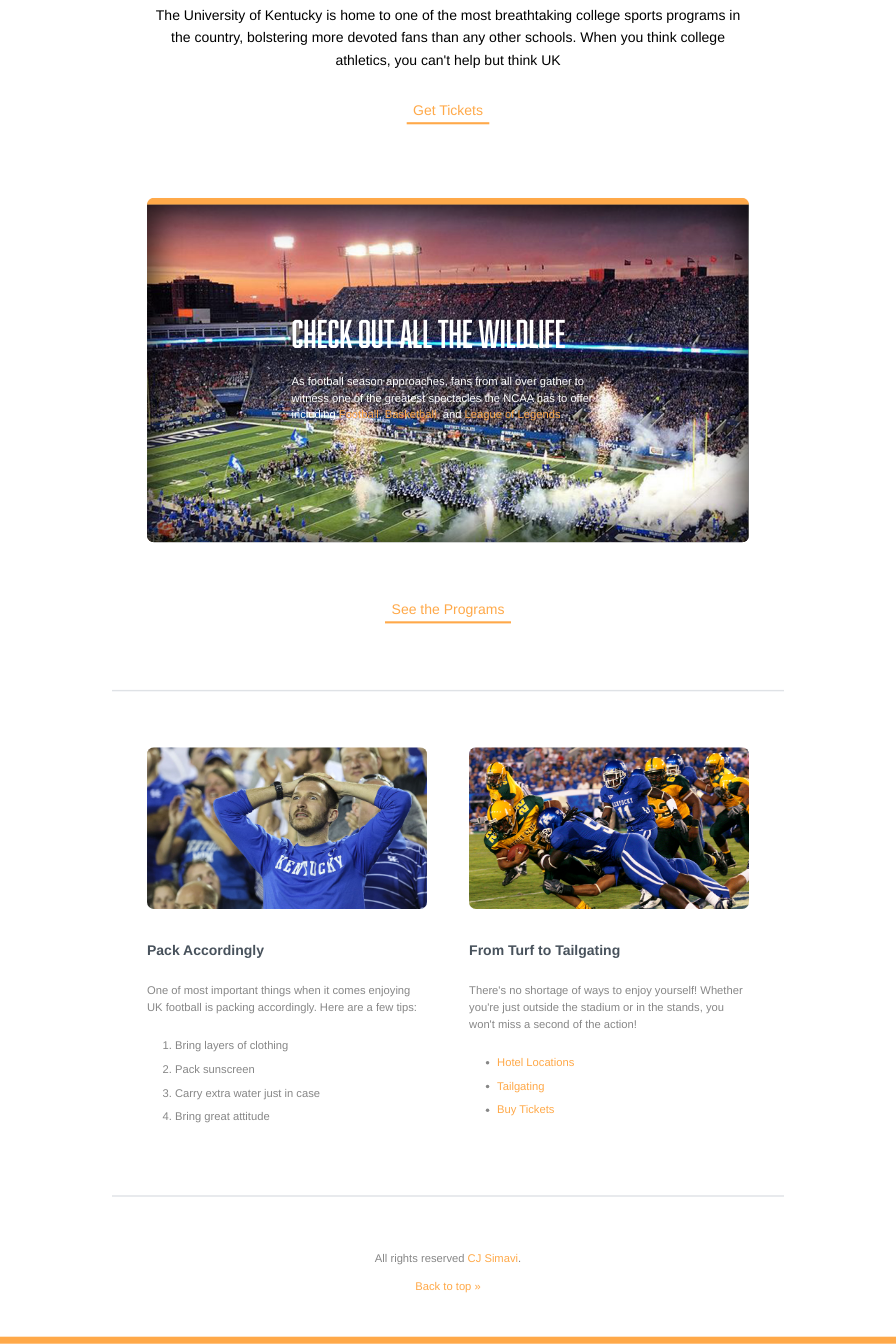
Repository: CalamityJayen/sportsball
Page: index.html
The author's editor kept a record of every edit. The page is drawn from the files as they stood at one moment, then again after the next edit.
The browser window is 1280 px wide. The pictures show the part of the page from y = 891 to 2811 px (the page is 2811 px tall), at 70% of full size.

Above is the page before.

### index.html
<!DOCTYPE html>
<html>
  <head>
    <title>Lake Tahoe</title>
    <link rel="stylesheet" href="css/style.css">
    <meta name="viewport" content="width=device-width">
  </head>
  <body>
    <header id="top" class="main-header">
      <span class="title">UK Art Musem Presents</span>
      <h1>Videos For A Stadium</h1>
      <img class="arrow" src="img/arrow.svg" alt="Down arrow">
    </header>

		<div class="primary-content t-border">
			<p class="intro">
				The University of Kentucky is home to one of the most breathtaking college sports programs in the country, bolstering more devoted fans than any other schools. When you think college athletics, you can't help but think UK
			</p>
			<a class="callout" href="#more">Get Tickets</a>

      <div class="wildlife">
        <h2>Check out all the Wildlife</h2>
        <p>
          As football season approaches, fans from all over gather to witness one of the greatest spectacles the NCAA has to offer including <a href="#beets">Football</a>, <a href="#bears">Basketball</a>, and <a href="#battlestarGalactica">League of Legends</a>.
        </p>
      </div><!-- End .wildlife -->

			<a class="callout" href="#wildlife">See the Programs</a>
		</div><!-- End .primary-content -->

		<div class="secondary-content t-border group">
      <div class="resorts">
        <img src="img/resort.jpg" alt="Resort">
        <h3>From Turf to Tailgating</h3>
        <p>
          There's no shortage of ways to enjoy yourself! Whether you're just outside the stadium or in the stands, you won't miss a second of the action!
        </p>
        <ul>
          <li><a href="#hotels">Hotel Locations</a></li>
          <li><a href="#tailgating">Tailgating</a></li>
          <li><a href="#tickets">Buy Tickets</a></li>
        </ul>
      </div>

      <div class="tips">
        <img src="img/mtn-landscape.jpg" alt="Mountain Landscape">
        <h3>Pack Accordingly</h3>
        <p>
          One of most important things when it comes enjoying UK football is packing accordingly. Here are a few tips:
        </p>
        <ol>
          <li>Bring layers of clothing</li>
          <li>Pack sunscreen</li>
          <li>Carry extra water just in case</li>
          <li>Bring great attitude</li>
        </ol>
      </div>
		</div><!-- End .secondary-content -->

		<footer class="main-footer">
			<p>All rights reserved <a href="#">CJ Simavi</a>.</p>
			<a href="#top">Back to top &raquo;</a>
		</footer>
  </body>
</html>

### css/style.css
/* Web Fonts -------------------- */

@font-face {
  font-family: 'Abolition Regular';
  src: url('../fonts/abolition-regular-webfont.eot');
  src: url('../fonts/abolition-regular-webfont.eot?#iefix') format('embedded-opentype'),
       url('../fonts/abolition-regular-webfont.woff') format('woff'),
       url('../fonts/abolition-regular-webfont.ttf') format('truetype');
}

/* Base Styles -------------------- */

* {
  box-sizing: border-box;
}

body {
  color: #878787;
  margin: 0;
  font: 1em/1.5 "Helvetica Neue", Helvetica, Arial, sans-serif;
}

h1,
h2 {
  font-family: 'Abolition Regular', Helvetica, Arial, sans-serif;
}

h1 {
  font-size: 5.625rem; /* 90px/16px  */
  text-transform: uppercase;
  font-weight: normal;
  line-height: 1.3;
  text-shadow: 0 1px 1px rgba(0,0,0,.8);
  margin: 12px 0 0;
}

h2 {
  font-size: 3.3125em; /* 53px/16px  */
  font-weight: normal;
  line-height: 1.1;
  margin: 0 0 .5em; /* 0 0 26px */
}

h3 {
  font-size: 1.25em; /* 20px/16px  */
  color: #48525c;
  line-height: 1.2;
  margin-bottom: 1.7em; /* 34px */
}

img {
  max-width: 100%;
  margin-bottom: 20px;
  border-radius: 10px;
}

ul,
ol {
  margin: 30px 0;
}

li {
  margin-bottom: 10px;
}

/* Pseudo-classes ------------------ */

a:link {
  color: rgb(255, 169, 73);
  text-decoration: none;
}

a:visited {
  color: lightblue;
}

a:hover {
  color: rgba(255, 169, 73, .4);
}

a:active {
  color: lightcoral;
}

/* Main Styles --------------------- */

.main-header {
  padding-top: 170px;
  height: 850px;
  background: linear-gradient(#1897d4, transparent 90%),
              linear-gradient(0deg, #fff, transparent),
              ##1897d4 url('../img/mountains.jpg') no-repeat center;
  background-size: cover;
  color: white;
}

.title {
  font-size: 1.625rem; /* 26px/16px */
  letter-spacing: .065em;
  font-weight: 200;
  border-bottom: 2px solid;
  padding-bottom: 10px;
}

.intro {
  font-size: 1.25em; /* 20px/16px */
  line-height: 1.6;
  color: initial;
}

.primary-content,
.main-header,
.main-footer {
  text-align: center;
}

.primary-content {
	padding-top: 25px;
  padding-bottom: 95px;
}

.secondary-content {
	padding-top: 80px;
	padding-bottom: 70px;
  border-bottom: 2px solid #dfe2e6;
}

.callout {
  font-size: 1.25em;
  border-bottom: 3px solid;
  padding: 0 9px 3px;
  margin-top: 20px;
  display: inline-block;
}

.main-footer {
  padding-top: 60px;
  padding-bottom: 60px;
  border-bottom: 10px solid #ffa949;
}

.t-border {
  border-top: 2px solid #dfe2e6;
}

/* Layout Styles ------------------ */

.primary-content,
.secondary-content {
  width: 75%;
  padding-left: 50px;
  padding-right: 50px;
  margin: auto;
  max-width: 960px;
}

.wildlife {
  color: white;
  text-align: left;
  padding: 18% 24%;
  border-top: 10px solid #ffa949;
  margin: 105px 0 60px;
  background: #434a52 url('../img/bear.jpg') no-repeat center;
  background-size: cover;
  box-shadow: inset 0 0 50px 10px rgba(0,0,0, .8);
  border-radius: 10px;
}

.arrow {
  width: 50px;
  margin-top: 150px;
}

/* Floated Columns ------------------ */

.resorts,
.tips {
  width: 46.5%;
}

.tips {
  float: left;
}

.resorts {
  float: right;
}

/* Float Clearfix ------------------ */

.group:after {
  content: "";
  display: table;
  clear: both;
}

/* Media Queries -------------------- */

@media (max-width: 1024px) {
  .primary-content,
  .secondary-content {
    width: 90%;
  }
  .wildlife {
    padding: 10% 12%;
    margin: 50px 0 20px;
  }
}

@media (max-width: 768px) {
  .primary-content,
  .secondary-content {
    width: 100%;
    padding: 20px;
    border-top: none;
  }
  .main-header {
    max-height: 380px;
    padding: 50px 25px 0;
  }
  .title {
    font-size: 1.3rem;
    border: none;
  }
  h1 {
    font-size: 5rem;
    line-height: 1.1;
  }
  .arrow {
    display: none;
  }
  .intro {
    font-size: 1rem;
  }
  .resorts,
  .tips {
    float: none;
    width: 100%;
  }
  .main-footer {
    padding: 20px 0;
  }
}

After the next edit:
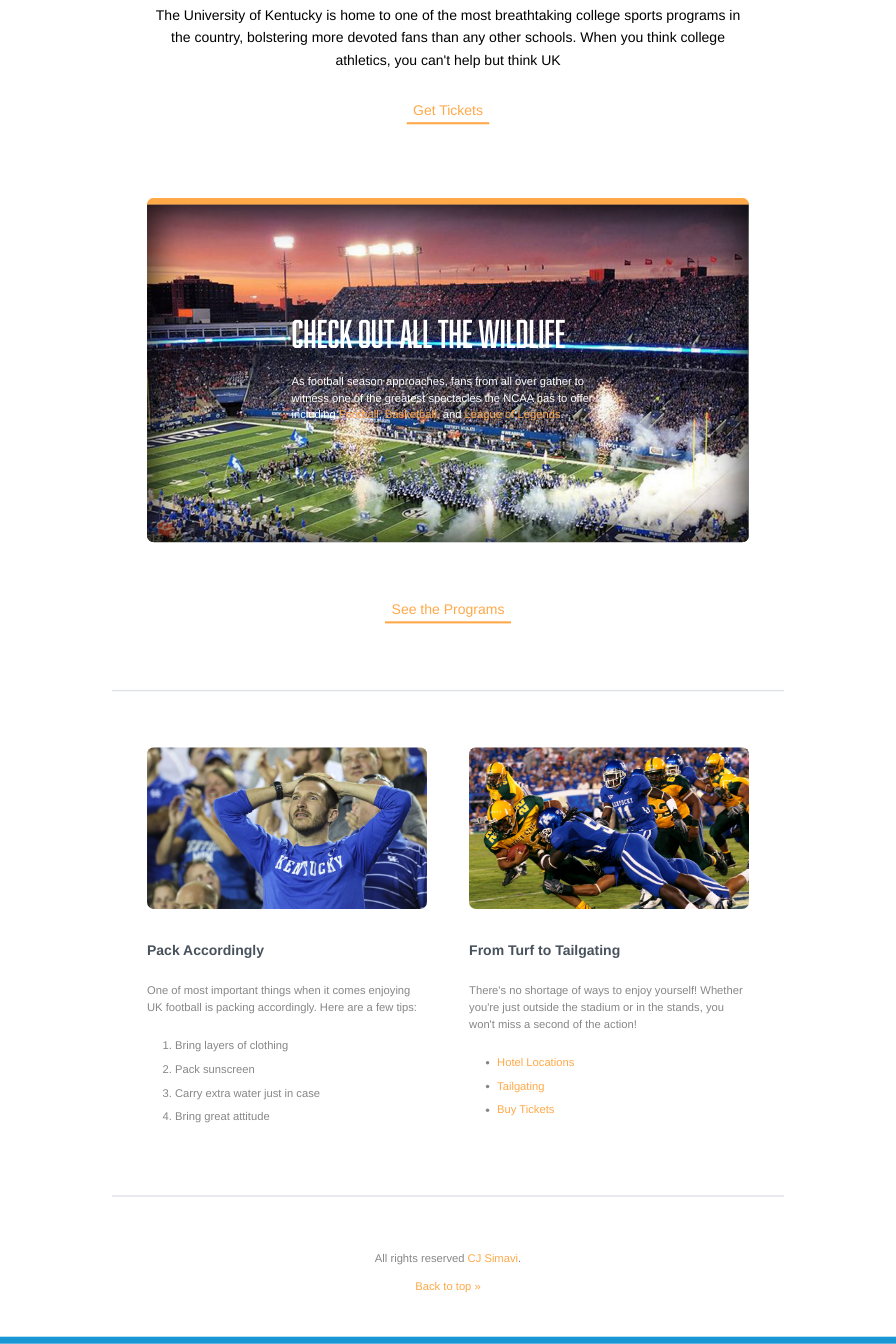
The edit:
--- a/css/style.css
+++ b/css/style.css
@@ -136,7 +136,7 @@
 .main-footer {
   padding-top: 60px;
   padding-bottom: 60px;
-  border-bottom: 10px solid #ffa949;
+  border-bottom: 10px solid #1897d4;
 }
 
 .t-border {
